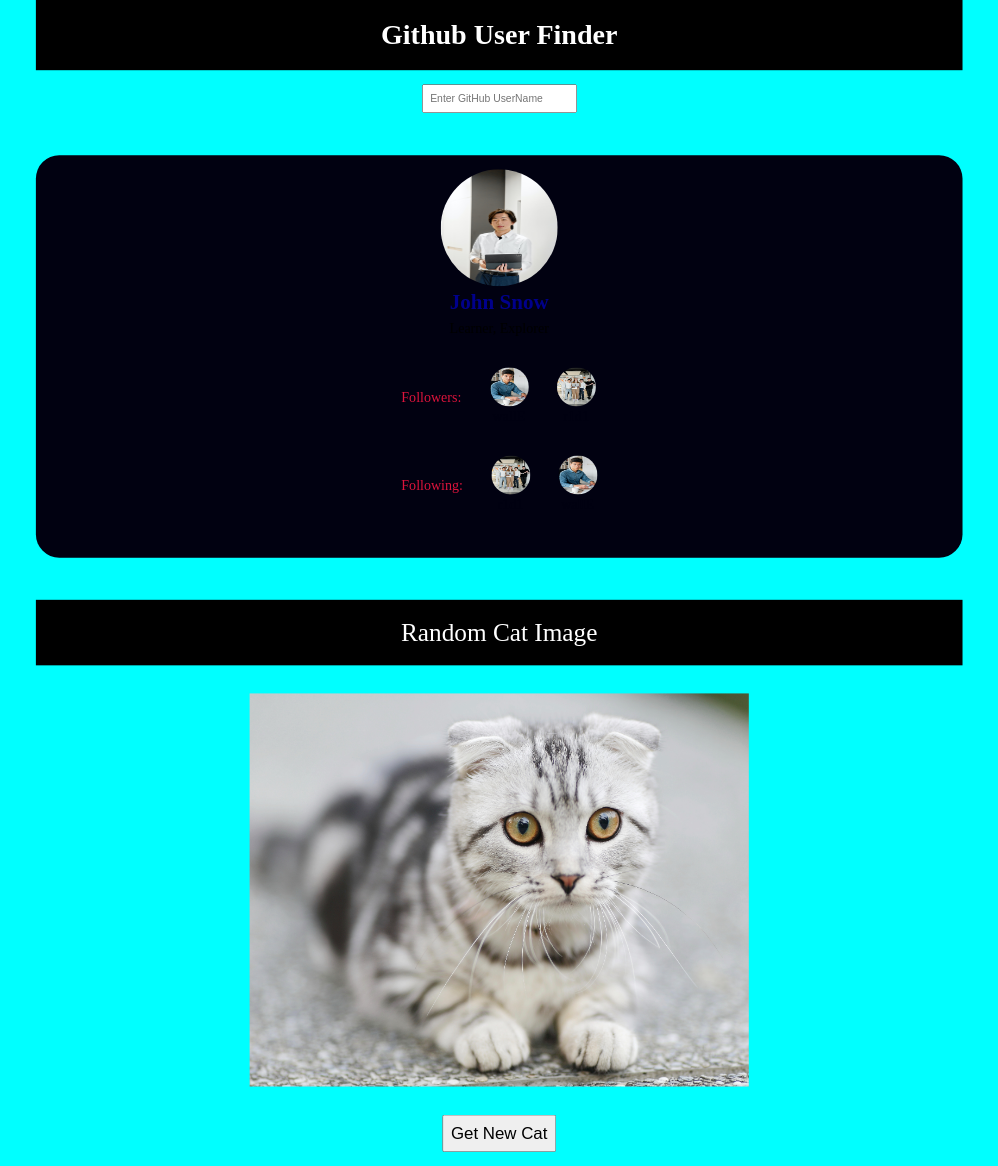
Repository: Ravindra-Shastri/TA-JS-asynchronous-js-TJaaao
Page: block-BJaajt/code/index.html
An editor plug-in stored every save of this project. The page is shown before and after a run of saves, followed by the edit.
The browser window is 1280 px wide. The pictures show the whole page, at 78% of full size.
The style sheet was rebuilt from its Sass, Less or Tailwind sources for each picture, by a compiler version that may differ from the author's.

Above is the page before, as saved 2021-10-07 10:37:44.

### block-BJaajt/code/index.html


<!DOCTYPE html>
<html lang="en">
<head>
    <meta charset="UTF-8">
    <meta http-equiv="X-UA-Compatible" content="IE=edge">
    <meta name="viewport" content="width=device-width, initial-scale=1.0">
    <title>Assignment: Fetching Data</title>
    <link rel="stylesheet" href="./assets/style.css">

</head>
<body>
    <h1>Github User Finder</h1>
    <div class="input-box">
        <input type="text" placeholder="Enter GitHub UserName">
    </div>

    <section class="user-card">
        <div class="user-details">
            <img src="./assets/pic1.jpg" alt="Pic-1" class="avatar">
            <h3 class="user-name">John Snow</h3>
            <p class="bio">Learner, Explorer</p>
        </div>
        <ul>
            <li class="followers-count">
                Followers:
                <div>
                    <img src="./assets/pic2.jpg" alt="Pic-2">
                    <p>wallE</p>
                </div>
                <div>
                    <img src="./assets/pic3.jpg" alt="Pic-3">
                    <p>r1d1</p>
                </div>

            </li>

            <li class="following">
                Following:
                <div>
                    <img src="./assets/pic3.jpg" alt="Pic-3">
                    <p>r1d1</p>
                </div>
                <div>
                    <img src="./assets/pic2.jpg" alt="Pic-2">
                    <p>wallE</p>
                </div>

            </li>
        </ul>

    </section>


    <section class="cat-section">
         <h2>Random Cat Image</h2>
        <div class="cat-image-container">
            <img src="./assets/cat1.jpg" alt="cat-image" class="cat-image">
        </div>
        <button>Get New Cat</button>
    </section>

    <script src="./index.js"></script>
</body>
</html>

### block-BJaajt/code/index.js
const input = document.querySelector("input");
const avatar = document.querySelector(".avatar");
const userName = document.querySelector(".user-name");
const bio = document.querySelector(".bio");
const followerUser = document.querySelector(".followers-count");
const followingUser = document.querySelector(".following");


function handleChange (event) {
    if (event.keyCode === 13 && input.value) {
        let user =  event.target.value;
        let xhr = new XMLHttpRequest();

xhr.open('GET', `https://api.github.com/users/${user}`);

xhr.onload = function () {
    let userData = JSON.parse(xhr.response);
    avatar.src = userData.avatar_url;
    userName.innerText = userData.name;
    bio.innerText = userData.bio;
}
xhr.onerror = function () {
    console.error("Something Went Wrong");
};
xhr.send();

let followers = new XMLHttpRequest();

followers.open('GET', `https://api.github.com/users/${user}/followers`);

followers.onload = function () {
    let followersData = JSON.parse(followers.response);
    followerUser.innerHTML = "Followers: ";
    followersData.forEach((element, index) => {
        if (index <= 5) {
            let followerAvatar = document.createElement("img");
            followerAvatar.src = element.avatar_url;
            let followerName = document.createElement("p");
            followerName.innerText = element.login;
            let followerInfo = document.createElement("div");
            followerInfo.append(followerAvatar, followerName);
            followerUser.append(followerInfo);
        }
    });
}
followers.send();

let following = new XMLHttpRequest();

following.open('GET', `https://api.github.com/users/${user}/following`);

following.onload = function () {
    let followingData = JSON.parse(following.response);
    followingUser.innerHTML = "Following: ";
    followingData.forEach((element, index) => {
        if (index <= 5) {
            let followingAvatar = document.createElement("img");
            followingAvatar.src = element.avatar_url;
            let followingName = document.createElement("p");
            followingName.innerText = element.login;
            let followingInfo = document.createElement("div");
            followingInfo.append(followingAvatar, followingName);
            followingUser.append(followingInfo);
        }
    });
}
following.send();
        event.target.value = "";
    }

}

input.addEventListener("keyup", handleChange);


let button = document.querySelector("button");
let catImage = document.querySelector(".cat-image");

button.addEventListener('click', function() {
    let catApi = new XMLHttpRequest();
    catApi.open("GET", "https://api.thecatapi.com/v1/images/search?limit=1&size=full");

    catApi.onload = function () {

        let catData = JSON.parse(catApi.response);
        catImage.src = catData[0].url;
    }
    catApi.send();
});

### block-BJaajt/code/assets/style.scss
@import "reset";


html {
    font-size: 18px;
}
body {
    line-height: 1.5;
    background: aqua;
}

h1 {
    font-size: 2rem;
    background: black;
    color: #fff;
    font-weight: 700;
    text-align: center;
    padding: 1rem;
    width: 90%;
    margin: auto auto;
}
.input-box {
    margin: 1rem auto;
    display: flex;
    align-items: center;
    justify-content: center;
    input {
        display: inline-block;
        padding: .5rem;
    }
}

.user-card {
    display: flex;
    flex-direction: column;
    width: 90%;
    margin: 3rem auto;
    padding: 1rem;
    align-items: center;
    background: aqua;
    border-radius: 30px;
    background:rgb(1, 1, 17);
}
.user-details {
    display: flex;
    flex-direction: column;
    align-items: center;
    margin-bottom: 2rem;
    h3 {
        font-size: 1.5rem;
        font-weight: 600;
        color: darkblue;
    }
}


.avatar {
        width: 150px;
        height: 150px;
        border-radius: 50%;
}

.followers-count, .following{
    display: flex;
    width: 100%;
    justify-content: flex-start;
    gap: 2rem;
    margin-bottom: 2rem;
    align-items: center;
    color: crimson;
    div {
        display: flex;
        flex-direction: column;
        align-items: center;
        color: rgb(1, 1, 17);
    }
    img {
        width: 50px;
        height: 50px;
        border-radius: 50%;
    }
}


// CAT Styles
.cat-section {
    display: flex;
    flex-direction: column;
    align-items: center;
    h2 {
        font-size: 1.8rem;
        background: black;
        width: 90%;
        color: #fff;
        text-align: center;
        padding: 1rem;
    }
    button {
        display: inline-block;
        padding: .5rem;
        font-size: 1.2rem;
        margin-bottom: 1rem;
        cursor: pointer;
    }
}

.cat-image-container {
    display: flex;
    width: 50%;
    height: 70vh;
    margin: 2rem auto;
    img {
        width: 100%;
    }
}

Loaded but not shown: block-BJaajt/code/assets/_reset.scss (common file)

After the next 2 saves:
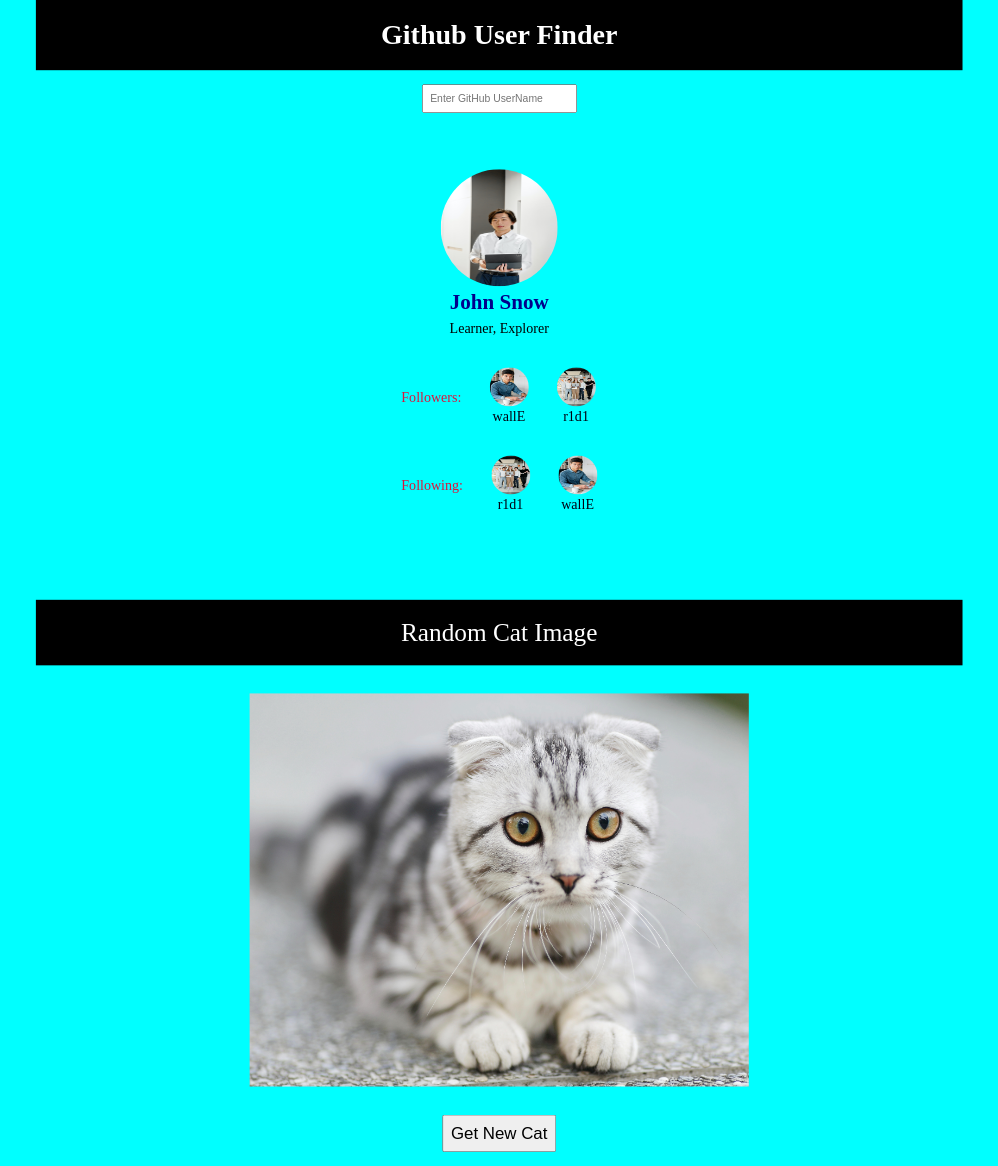
The 2 saves are shown as one change because they came seconds apart.
The last was saved 17 s later.
--- a/block-BJaajt/code/assets/style.scss
+++ b/block-BJaajt/code/assets/style.scss
@@ -39,7 +39,6 @@ h1 {
     align-items: center;
     background: aqua;
     border-radius: 30px;
-    background:rgb(1, 1, 17);
 }
 .user-details {
     display: flex;
